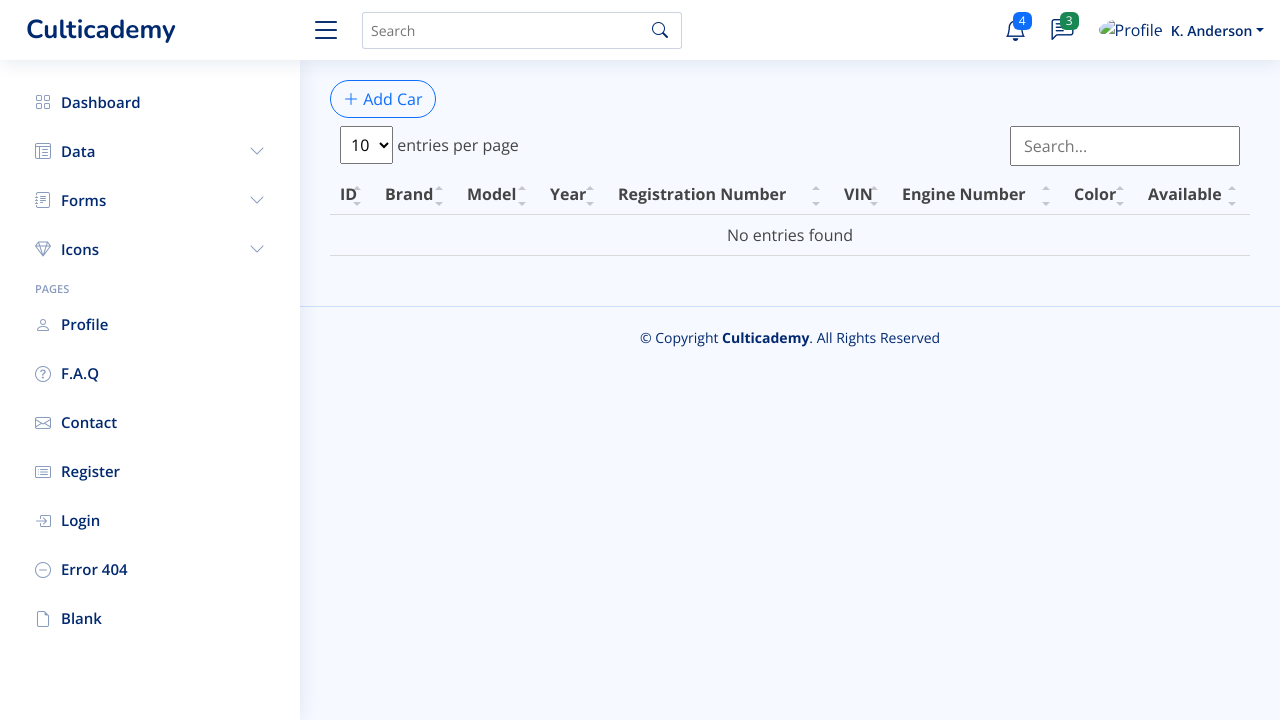
Repository: Jistoper/car_rental
Page: resources/views/backsite/content/car/cartable.blade.php
An editor plug-in stored every save of this project. The page is shown before and after the next save, followed by the edit.
The browser window is 1280 px wide. The pictures show the whole page.
The page is served by the project's Laravel application, run on PHP 8.4 with Laravel 9. Other server files are loaded and not shown. The template is opened directly, without the code that normally fills it, so the values that code supplies are empty.

Above is the page before, as saved 2023-06-22 13:15:10.

### routes/web.php
<?php

use Illuminate\Support\Facades\Route;
use App\Http\Controllers\carcontroller;

/*
|--------------------------------------------------------------------------
| Web Routes
|--------------------------------------------------------------------------
|
| Here is where you can register web routes for your application. These
| routes are loaded by the RouteServiceProvider within a group which
| contains the "web" middleware group. Now create something great!
|
*/

Route::get('/dashboard', function () {
    return view('backsite.dashboard');
})->name('dashboard');

Route::controller(CarController::class)->as('car.')->group(function(){
    Route::get('/car', 'getall')->name('getall');
    Route::post('/create', 'create')->name('create');
});

### resources/views/backsite/content/car/cartable.blade.php
@extends('backsite.dashboard')

@section('content')

<div>
    <div class="mb-6">
        <a href="{{ route('car.create') }}" class="btn btn-outline-primary rounded-pill bi-plus-lg"> Add Car</a>
    </div>
    <table class="table datatable">
        <thead>
          <tr>
            <th scope="col">ID</th>
            <th scope="col">Brand</th>
            <th scope="col">Model</th>
            <th scope="col">Year</th>
            <th scope="col">Registration Number</th>
            <th scope="col">VIN</th>
            <th scope="col">Engine Number</th>
            <th scope="col">Color</th>
            <th scope="col">Available</th>
          </tr>
        </thead>
        <tbody>
            @foreach($Cars as $cars)
                <tr>
                    <td>{{ $cars['car_id'] }}</td>
                    <td>{{ $cars['brand'] }}</td>
                    <td>{{ $cars['model'] }}</td>
                    <td>{{ $cars['year'] }}</td>
                    <td>{{ $cars['registration_number'] }}</td>
                    <td>{{ $cars['vin'] }}</td>
                    <td>{{ $cars['engine_number'] }}</td>
                    <td>{{ $cars['color'] }}</td>
                    <td>{{ $cars['is_available'] ? 'Yes' : 'No' }}</td>
                </tr>
            @endforeach
        </tbody>
    </table>
</div>

@endsection

### resources/views/backsite/partials/header.blade.php
<header id="header" class="header fixed-top d-flex align-items-center">
    <div class="d-flex align-items-center justify-content-between">
      <a href="{{ route('dashboard') }}" class="logo d-flex align-items-center">
        <img src="assets/img/logo.png" alt="">
        <span class="d-none d-lg-block">Culticademy</span>
      </a>
      <i class="bi bi-list toggle-sidebar-btn"></i>
    </div><!-- End Logo -->

    <div class="search-bar">
      <form class="search-form d-flex align-items-center" method="POST" action="#">
        <input type="text" name="query" placeholder="Search" title="Enter search keyword">
        <button type="submit" title="Search"><i class="bi bi-search"></i></button>
      </form>
    </div><!-- End Search Bar -->

    <nav class="header-nav ms-auto">
      <ul class="d-flex align-items-center">

        <li class="nav-item d-block d-lg-none">
          <a class="nav-link nav-icon search-bar-toggle " href="#">
            <i class="bi bi-search"></i>
          </a>
        </li><!-- End Search Icon-->

        <li class="nav-item dropdown">

          <a class="nav-link nav-icon" href="#" data-bs-toggle="dropdown">
            <i class="bi bi-bell"></i>
            <span class="badge bg-primary badge-number">4</span>
          </a><!-- End Notification Icon -->

          <ul class="dropdown-menu dropdown-menu-end dropdown-menu-arrow notifications">
            <li class="dropdown-header">
              You have 4 new notifications
              <a href="#"><span class="badge rounded-pill bg-primary p-2 ms-2">View all</span></a>
            </li>
            <li>
              <hr class="dropdown-divider">
            </li>

            <li class="notification-item">
              <i class="bi bi-exclamation-circle text-warning"></i>
              <div>
                <h4>Lorem Ipsum</h4>
                <p>Quae dolorem earum veritatis oditseno</p>
                <p>30 min. ago</p>
              </div>
            </li>

            <li>
              <hr class="dropdown-divider">
            </li>

            <li class="notification-item">
              <i class="bi bi-x-circle text-danger"></i>
              <div>
                <h4>Atque rerum nesciunt</h4>
                <p>Quae dolorem earum veritatis oditseno</p>
                <p>1 hr. ago</p>
              </div>
            </li>

            <li>
              <hr class="dropdown-divider">
            </li>

            <li class="notification-item">
              <i class="bi bi-check-circle text-success"></i>
              <div>
                <h4>Sit rerum fuga</h4>
                <p>Quae dolorem earum veritatis oditseno</p>
                <p>2 hrs. ago</p>
              </div>
            </li>

            <li>
              <hr class="dropdown-divider">
            </li>

            <li class="notification-item">
              <i class="bi bi-info-circle text-primary"></i>
              <div>
                <h4>Dicta reprehenderit</h4>
                <p>Quae dolorem earum veritatis oditseno</p>
                <p>4 hrs. ago</p>
              </div>
            </li>

            <li>
              <hr class="dropdown-divider">
            </li>
            <li class="dropdown-footer">
              <a href="#">Show all notifications</a>
            </li>

          </ul><!-- End Notification Dropdown Items -->

        </li><!-- End Notification Nav -->

        <li class="nav-item dropdown">

          <a class="nav-link nav-icon" href="#" data-bs-toggle="dropdown">
            <i class="bi bi-chat-left-text"></i>
            <span class="badge bg-success badge-number">3</span>
          </a><!-- End Messages Icon -->

          <ul class="dropdown-menu dropdown-menu-end dropdown-menu-arrow messages">
            <li class="dropdown-header">
              You have 3 new messages
              <a href="#"><span class="badge rounded-pill bg-primary p-2 ms-2">View all</span></a>
            </li>
            <li>
              <hr class="dropdown-divider">
            </li>

            <li class="message-item">
              <a href="#">
                <img src="assets/img/messages-1.jpg" alt="" class="rounded-circle">
                <div>
                  <h4>Maria Hudson</h4>
                  <p>Velit asperiores et ducimus soluta repudiandae labore officia est ut...</p>
                  <p>4 hrs. ago</p>
                </div>
              </a>
            </li>
            <li>
              <hr class="dropdown-divider">
            </li>

            <li class="message-item">
              <a href="#">
                <img src="assets/img/messages-2.jpg" alt="" class="rounded-circle">
                <div>
                  <h4>Anna Nelson</h4>
                  <p>Velit asperiores et ducimus soluta repudiandae labore officia est ut...</p>
                  <p>6 hrs. ago</p>
                </div>
              </a>
            </li>
            <li>
              <hr class="dropdown-divider">
            </li>

            <li class="message-item">
              <a href="#">
                <img src="assets/img/messages-3.jpg" alt="" class="rounded-circle">
                <div>
                  <h4>David Muldon</h4>
                  <p>Velit asperiores et ducimus soluta repudiandae labore officia est ut...</p>
                  <p>8 hrs. ago</p>
                </div>
              </a>
            </li>
            <li>
              <hr class="dropdown-divider">
            </li>

            <li class="dropdown-footer">
              <a href="#">Show all messages</a>
            </li>

          </ul><!-- End Messages Dropdown Items -->

        </li><!-- End Messages Nav -->

        <li class="nav-item dropdown pe-3">

          <a class="nav-link nav-profile d-flex align-items-center pe-0" href="#" data-bs-toggle="dropdown">
            <img src="assets/img/profile-img.jpg" alt="Profile" class="rounded-circle">
            <span class="d-none d-md-block dropdown-toggle ps-2">K. Anderson</span>
          </a><!-- End Profile Iamge Icon -->

          <ul class="dropdown-menu dropdown-menu-end dropdown-menu-arrow profile">
            <li class="dropdown-header">
              <h6>Kevin Anderson</h6>
              <span>Web Designer</span>
            </li>
            <li>
              <hr class="dropdown-divider">
            </li>

            <li>
              <a class="dropdown-item d-flex align-items-center" href="users-profile.html">
                <i class="bi bi-person"></i>
                <span>My Profile</span>
              </a>
            </li>
            <li>
              <hr class="dropdown-divider">
            </li>

            <li>
              <a class="dropdown-item d-flex align-items-center" href="users-profile.html">
                <i class="bi bi-gear"></i>
                <span>Account Settings</span>
              </a>
            </li>
            <li>
              <hr class="dropdown-divider">
            </li>

            <li>
              <a class="dropdown-item d-flex align-items-center" href="pages-faq.html">
                <i class="bi bi-question-circle"></i>
                <span>Need Help?</span>
              </a>
            </li>
            <li>
              <hr class="dropdown-divider">
            </li>

            <li>
              <a class="dropdown-item d-flex align-items-center" href="#">
                <i class="bi bi-box-arrow-right"></i>
                <span>Sign Out</span>
              </a>
            </li>

          </ul><!-- End Profile Dropdown Items -->
        </li><!-- End Profile Nav -->

      </ul>
    </nav><!-- End Icons Navigation -->
</header>

### resources/views/backsite/partials/sidebar.blade.php
<aside id="sidebar" class="sidebar">

    <ul class="sidebar-nav" id="sidebar-nav">

      <li class="nav-item">
        <a class="nav-link collapsed" href="{{ route('dashboard') }}">
          <i class="bi bi-grid"></i>
          <span>Dashboard</span>
        </a>
      </li><!-- End Dashboard Nav -->

      <li class="nav-item">
        <a class="nav-link collapsed" data-bs-target="#tables-nav" data-bs-toggle="collapse" href="#">
          <i class="bi bi-layout-text-window-reverse"></i><span>Data</span><i class="bi bi-chevron-down ms-auto"></i>
        </a>
        <ul id="tables-nav" class="nav-content collapse " data-bs-parent="#sidebar-nav">
          <li>
            <a href="{{ route('car.getall') }}">
              <i class="bi bi-circle"></i><span>Cars</span>
            </a>
          </li>
          <li>
            <a href="{{ route('dashboard') }}">
              <i class="bi bi-circle"></i><span>Data Tables</span>
            </a>
          </li>
        </ul>
      </li><!-- End Tables Nav -->

      <li class="nav-item">
        <a class="nav-link collapsed" data-bs-target="#forms-nav" data-bs-toggle="collapse" href="#">
          <i class="bi bi-journal-text"></i><span>Forms</span><i class="bi bi-chevron-down ms-auto"></i>
        </a>
        <ul id="forms-nav" class="nav-content collapse " data-bs-parent="#sidebar-nav">
          <li>
            <a href="forms-elements.html">
              <i class="bi bi-circle"></i><span>Form Elements</span>
            </a>
          </li>
          <li>
            <a href="forms-layouts.html">
              <i class="bi bi-circle"></i><span>Form Layouts</span>
            </a>
          </li>
          <li>
            <a href="forms-editors.html">
              <i class="bi bi-circle"></i><span>Form Editors</span>
            </a>
          </li>
          <li>
            <a href="forms-validation.html">
              <i class="bi bi-circle"></i><span>Form Validation</span>
            </a>
          </li>
        </ul>
      </li><!-- End Forms Nav -->

      <li class="nav-item">
        <a class="nav-link collapsed" data-bs-target="#icons-nav" data-bs-toggle="collapse" href="#">
          <i class="bi bi-gem"></i><span>Icons</span><i class="bi bi-chevron-down ms-auto"></i>
        </a>
        <ul id="icons-nav" class="nav-content collapse " data-bs-parent="#sidebar-nav">
          <li>
            <a href="icons-bootstrap.html">
              <i class="bi bi-circle"></i><span>Bootstrap Icons</span>
            </a>
          </li>
          <li>
            <a href="icons-remix.html">
              <i class="bi bi-circle"></i><span>Remix Icons</span>
            </a>
          </li>
          <li>
            <a href="icons-boxicons.html">
              <i class="bi bi-circle"></i><span>Boxicons</span>
            </a>
          </li>
        </ul>
      </li><!-- End Icons Nav -->

      <li class="nav-heading">Pages</li>

      <li class="nav-item">
        <a class="nav-link collapsed" href="users-profile.html">
          <i class="bi bi-person"></i>
          <span>Profile</span>
        </a>
      </li><!-- End Profile Page Nav -->

      <li class="nav-item">
        <a class="nav-link collapsed" href="pages-faq.html">
          <i class="bi bi-question-circle"></i>
          <span>F.A.Q</span>
        </a>
      </li><!-- End F.A.Q Page Nav -->

      <li class="nav-item">
        <a class="nav-link collapsed" href="pages-contact.html">
          <i class="bi bi-envelope"></i>
          <span>Contact</span>
        </a>
      </li><!-- End Contact Page Nav -->

      <li class="nav-item">
        <a class="nav-link collapsed" href="pages-register.html">
          <i class="bi bi-card-list"></i>
          <span>Register</span>
        </a>
      </li><!-- End Register Page Nav -->

      <li class="nav-item">
        <a class="nav-link collapsed" href="pages-login.html">
          <i class="bi bi-box-arrow-in-right"></i>
          <span>Login</span>
        </a>
      </li><!-- End Login Page Nav -->

      <li class="nav-item">
        <a class="nav-link collapsed" href="pages-error-404.html">
          <i class="bi bi-dash-circle"></i>
          <span>Error 404</span>
        </a>
      </li><!-- End Error 404 Page Nav -->

      <li class="nav-item">
        <a class="nav-link collapsed" href="pages-blank.html">
          <i class="bi bi-file-earmark"></i>
          <span>Blank</span>
        </a>
      </li><!-- End Blank Page Nav -->

    </ul>

  </aside><!-- End Sidebar-->

### public/assets/simple-datatables/style.css
.datatable-wrapper.no-header .datatable-container {
	border-top: 1px solid #d9d9d9;
}

.datatable-wrapper.no-footer .datatable-container {
	border-bottom: 1px solid #d9d9d9;
}

.datatable-top,
.datatable-bottom {
	padding: 8px 10px;
}

.datatable-top > nav:first-child,
.datatable-top > div:first-child,
.datatable-bottom > nav:first-child,
.datatable-bottom > div:first-child {
	float: left;
}

.datatable-top > nav:last-child,
.datatable-top > div:last-child,
.datatable-bottom > nav:last-child,
.datatable-bottom > div:last-child {
	float: right;
}

.datatable-selector {
	padding: 6px;
}

.datatable-input {
	padding: 6px 12px;
}

.datatable-info {
	margin: 7px 0;
}

/* PAGER */
.datatable-pagination ul {
	margin: 0;
	padding-left: 0;
}

.datatable-pagination li {
	list-style: none;
	float: left;
}

.datatable-pagination li.datatable-hidden {
    visibility: hidden;
}

.datatable-pagination a {
	border: 1px solid transparent;
	float: left;
	margin-left: 2px;
	padding: 6px 12px;
	position: relative;
	text-decoration: none;
	color: #333;
    cursor: pointer;
}

.datatable-pagination a:hover {
	background-color: #d9d9d9;
}

.datatable-pagination .datatable-active a,
.datatable-pagination .datatable-active a:focus,
.datatable-pagination .datatable-active a:hover {
	background-color: #d9d9d9;
	cursor: default;
}

.datatable-pagination .datatable-ellipsis a,
.datatable-pagination .datatable-disabled a,
.datatable-pagination .datatable-disabled a:focus,
.datatable-pagination .datatable-disabled a:hover {
    pointer-events: none;
    cursor: default;
}

.datatable-pagination .datatable-disabled a,
.datatable-pagination .datatable-disabled a:focus,
.datatable-pagination .datatable-disabled a:hover {
	cursor: not-allowed;
	opacity: 0.4;
}

.datatable-pagination .datatable-pagination a {
	font-weight: bold;
}

/* TABLE */
.datatable-table {
	max-width: 100%;
	width: 100%;
	border-spacing: 0;
	border-collapse: separate;
}

.datatable-table > tbody > tr > td,
.datatable-table > tbody > tr > th,
.datatable-table > tfoot > tr > td,
.datatable-table > tfoot > tr > th,
.datatable-table > thead > tr > td,
.datatable-table > thead > tr > th {
	vertical-align: top;
	padding: 8px 10px;
}

.datatable-table > thead > tr > th {
	vertical-align: bottom;
	text-align: left;
	border-bottom: 1px solid #d9d9d9;
}

.datatable-table > tfoot > tr > th {
	vertical-align: bottom;
	text-align: left;
	border-top: 1px solid #d9d9d9;
}

.datatable-table th {
	vertical-align: bottom;
	text-align: left;
}

.datatable-table th a {
	text-decoration: none;
	color: inherit;
}

.datatable-sorter, .datatable-filter {
	display: inline-block;
	height: 100%;
	position: relative;
	width: 100%;
}

.datatable-sorter::before,
.datatable-sorter::after {
	content: "";
	height: 0;
	width: 0;
	position: absolute;
	right: 4px;
	border-left: 4px solid transparent;
	border-right: 4px solid transparent;
	opacity: 0.2;
}


.datatable-sorter::before {
	border-top: 4px solid #000;
	bottom: 0px;
}

.datatable-sorter::after {
	border-bottom: 4px solid #000;
	border-top: 4px solid transparent;
	top: 0px;
}

.datatable-ascending .datatable-sorter::after,
.datatable-descending .datatable-sorter::before,
.datatable-ascending .datatable-filter::after,
.datatable-descending .datatable-filter::before {
	opacity: 0.6;
}

.datatable-filter::before {
    content: "";
    position: absolute;
    right: 4px;
    opacity: 0.2;
    width: 0;
    height: 0;
    border-left: 7px solid transparent;
    border-right: 7px solid transparent;
	border-radius: 50%;
    border-top: 10px solid #000;
    top: 25%;
}

.datatable-filter-active .datatable-filter::before {
    opacity: 0.6;
}

.datatable-empty {
	text-align: center;
}

.datatable-top::after, .datatable-bottom::after {
	clear: both;
	content: " ";
	display: table;
}

table.datatable-table:focus tr.datatable-cursor > td:first-child {
	border-left: 3px blue solid;
}

table.datatable-table:focus {
	outline: solid 1px black;
    outline-offset: -1px;
}

Loaded but not shown: public/assets/bootstrap/css/bootstrap.min.css (library); public/assets/bootstrap-icons/bootstrap-icons.css (library); public/assets/boxicons/css/boxicons.min.css (library); public/assets/apexcharts/apexcharts.min.js (library); public/assets/bootstrap/js/bootstrap.bundle.min.js (library); public/assets/chart.js/chart.umd.js (library); public/assets/echarts/echarts.min.js (library); public/assets/quill/quill.min.js (library); public/assets/simple-datatables/simple-datatables.js (library); public/assets/tinymce/tinymce.min.js (library); public/js/main.js (321 lines, source omitted); public/assets/php-email-form/validate.js (85 lines, source omitted); public/assets/remixicon/remixicon.css (2526 lines, source omitted); resources/views/backsite/dashboard.blade.php (740 lines, source omitted); public/assets/quill/quill.bubble.css (952 lines, source omitted); public/assets/quill/quill.snow.css (945 lines, source omitted); public/css/style.css (1233 lines, source omitted)

After the next save:
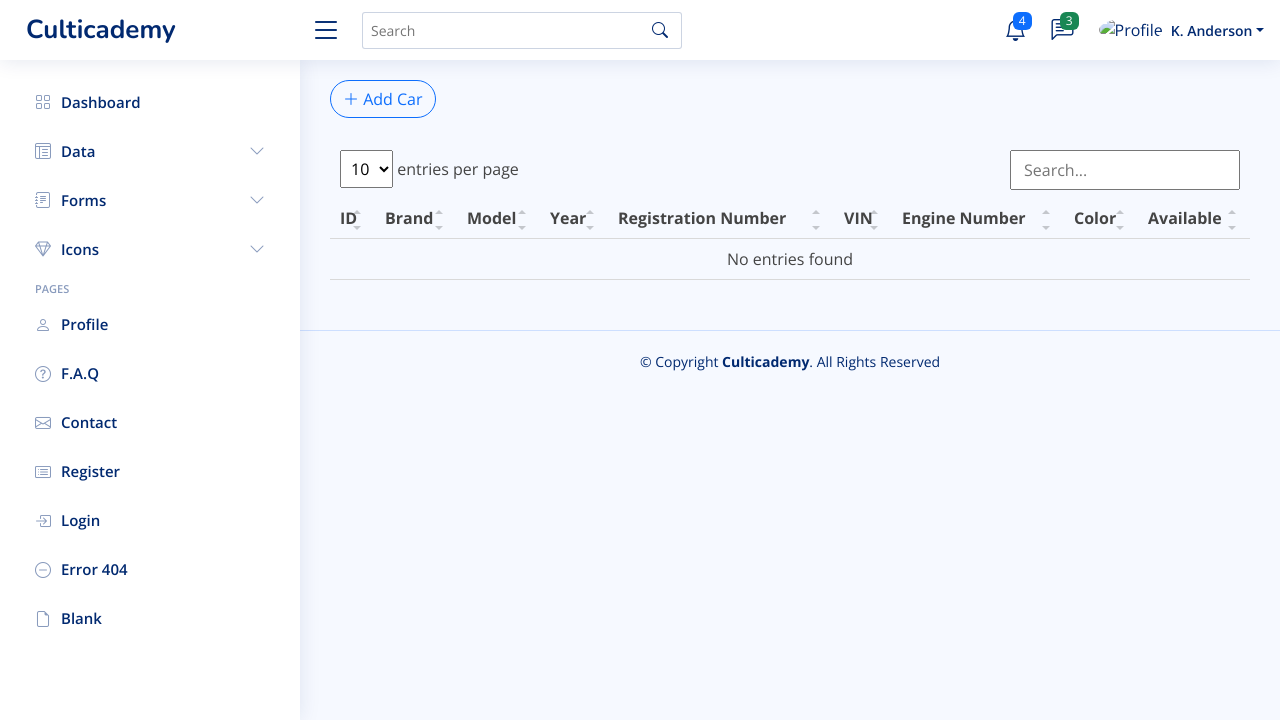
Saved 9 s later.
--- a/resources/views/backsite/content/car/cartable.blade.php
+++ b/resources/views/backsite/content/car/cartable.blade.php
@@ -3,7 +3,7 @@
 @section('content')
 
 <div>
-    <div class="mb-6">
+    <div class="mb-4">
         <a href="{{ route('car.create') }}" class="btn btn-outline-primary rounded-pill bi-plus-lg"> Add Car</a>
     </div>
     <table class="table datatable">
